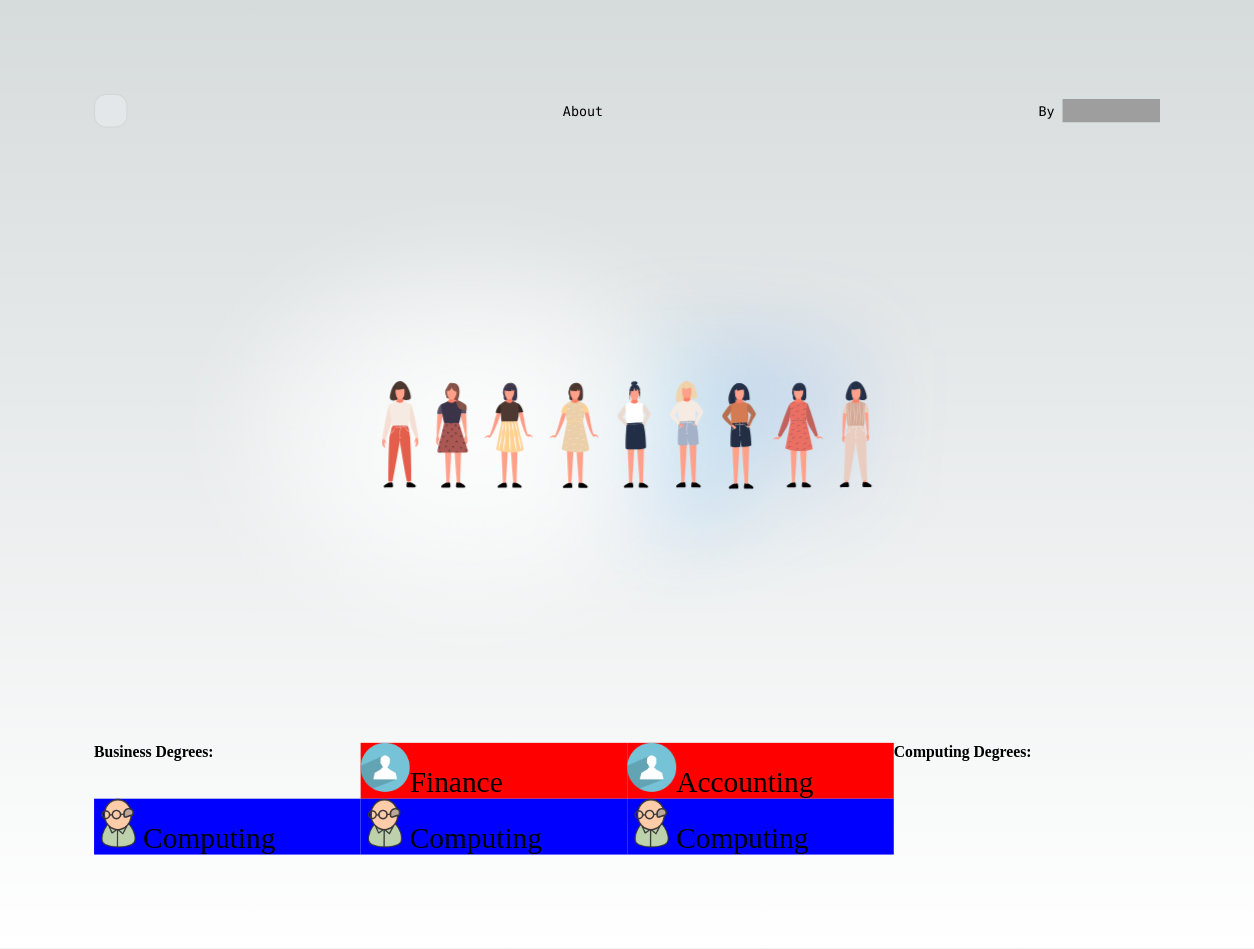
Repository: bguemos/week3example
Page: /
These files come from the project's save history. The page is drawn as it stood at one moment and after the next save; the edit follows.
The browser window is 1280 px wide. The pictures show the whole page, at 98% of full size.
Pictures or frames that could not be fetched are drawn as grey boxes. The project was rebuilt for these pictures with package versions that can differ from the ones it lists, and the page was loaded fresh each time. The framework's server and built-in components were replaced by stand-ins that run in the browser. Also part of the build but not shown: next.config.js.

Above is the page before, as saved 2023-01-18 12:11:41.

### pages/index.js
import Head from 'next/head'
import Image from 'next/image'
import { Inter } from '@next/font/google'
import styles from '@/styles/Home.module.css'
import data from '../data/education.json'
import { useState } from 'react'
import Card from '../components/Card'
import Link from 'next/link'

const inter = Inter({ subsets: ['latin'] })

export default function Home() {
    const [information, setInformation] = useState([...data])
     console.log(data);
  return (
    <>
      <Head>
        <title>The Office</title>
        <meta name="description" content="Generated by create next app" />
        <meta name="viewport" content="width=device-width, initial-scale=1" />
        <link rel="icon" href="/favicon.ico" />
      </Head>
      <main className={styles.main}>
        <div className={styles.description}>
          <p>

            <code className={styles.code}></code>
          </p>
          <Link href="About">About</Link>
          <div>
            <a
              href="https://vercel.com?utm_source=create-next-app&utm_medium=default-template&utm_campaign=create-next-app"
              target="_blank"
              rel="noopener noreferrer"
            >
              By{' '}
              <Image
                src="/vercel.svg"
                alt="Vercel Logo"
                className={styles.vercelLogo}
                width={100}
                height={24}
                priority
              />
            </a>
          </div>
        </div>

        <div className={styles.center}>
          <Image
            className={styles.logo}
            src="/women.svg"
            alt="womanLogo"
            width={500}
            height={500}
            priority
          />

        </div>

        <div className={styles.grid}>
          <b> Business Degrees: </b>
          {information && information.map((info, index) => {
            if(info.department === "Business"){
              return(
                <Card key={index} degree={info.degree} colour="red" font="30px"/>
              )
            }
           })}
           <b> Computing Degrees:</b>
           {information && information.map((info, index) => {
            if(info.department === "Computing"){
              return(
              <Card key={index} degree={info.department} colour="blue" font="30px"/>
              )
            }
            })}
        </div>
      </main>
    </>
  )
}

### styles/Home.module.css
.main {
  display: flex;
  flex-direction: column;
  justify-content: space-between;
  align-items: center;
  padding: 6rem;
  min-height: 100vh;
}

.description {
  display: inherit;
  justify-content: inherit;
  align-items: inherit;
  font-size: 0.85rem;
  max-width: var(--max-width);
  width: 100%;
  z-index: 2;
  font-family: var(--font-mono);
}

.description a {
  display: flex;
  justify-content: center;
  align-items: center;
  gap: 0.5rem;
}

.description p {
  position: relative;
  margin: 0;
  padding: 1rem;
  background-color: rgba(var(--callout-rgb), 0.5);
  border: 1px solid rgba(var(--callout-border-rgb), 0.3);
  border-radius: var(--border-radius);
}

.code {
  font-weight: 700;
  font-family: var(--font-mono);
}

.grid {
  display: grid;
  grid-template-columns: repeat(4, minmax(25%, auto));
  width: var(--max-width);
  max-width: 100%;
}

.card {
  padding: 1rem 1.2rem;
  border-radius: var(--border-radius);
  background: rgba(var(--card-rgb), 0);
  border: 1px solid rgba(var(--card-border-rgb), 0);
  transition: background 200ms, border 200ms;
}

.card span {
  display: inline-block;
  transition: transform 200ms;
}

.card h2 {
  font-weight: 600;
  margin-bottom: 0.7rem;
}

.card p {
  margin: 0;
  opacity: 0.6;
  font-size: 0.9rem;
  line-height: 1.5;
  max-width: 30ch;
}

.center {
  display: flex;
  justify-content: center;
  align-items: center;
  position: relative;
  padding: 4rem 0;
}

.center::before {
  background: var(--secondary-glow);
  border-radius: 50%;
  width: 480px;
  height: 360px;
  margin-left: -400px;
}

.center::after {
  background: var(--primary-glow);
  width: 240px;
  height: 180px;
  z-index: -1;
}

.center::before,
.center::after {
  content: '';
  left: 50%;
  position: absolute;
  filter: blur(45px);
  transform: translateZ(0);
}

.logo,
.thirteen {
  position: relative;

}

.thirteen {
  display: flex;
  justify-content: center;
  align-items: center;
  width: 100px;
  height: 100px;
  padding: 25px 10px;
  margin-left: 16px;
  transform: translateZ(0);
  border-radius: var(--border-radius);
  overflow: hidden;
  box-shadow: 0px 2px 8px -1px #0000001a;
}

.thirteen::before,
.thirteen::after {
  content: '';
  position: absolute;
  z-index: -1;
}

/* Conic Gradient Animation */
.thirteen::before {
  animation: 6s rotate linear infinite;
  width: 200%;
  height: 200%;
  background: var(--tile-border);
}

/* Inner Square */
.thirteen::after {
  inset: 0;
  padding: 1px;
  border-radius: var(--border-radius);
  background: linear-gradient(
    to bottom right,
    rgba(var(--tile-start-rgb), 1),
    rgba(var(--tile-end-rgb), 1)
  );
  background-clip: content-box;
}

/* Enable hover only on non-touch devices */
@media (hover: hover) and (pointer: fine) {
  .card:hover {
    background: rgba(var(--card-rgb), 0.1);
    border: 1px solid rgba(var(--card-border-rgb), 0.15);
  }

  .card:hover span {
    transform: translateX(4px);
  }
}

@media (prefers-reduced-motion) {
  .thirteen::before {
    animation: none;
  }

  .card:hover span {
    transform: none;
  }
}

/* Mobile */
@media (max-width: 700px) {
  .content {
    padding: 4rem;
  }

  .grid {
    grid-template-columns: 1fr;
    margin-bottom: 120px;
    max-width: 320px;
    text-align: center;
  }

  .card {
    padding: 1rem 2.5rem;
  }

  .card h2 {
    margin-bottom: 0.5rem;
  }

  .center {
    padding: 8rem 0 6rem;
  }

  .center::before {
    transform: none;
    height: 300px;
  }

  .description {
    font-size: 0.8rem;
  }

  .description a {
    padding: 1rem;
  }

  .description p,
  .description div {
    display: flex;
    justify-content: center;
    position: fixed;
    width: 100%;
  }

  .description p {
    align-items: center;
    inset: 0 0 auto;
    padding: 2rem 1rem 1.4rem;
    border-radius: 0;
    border: none;
    border-bottom: 1px solid rgba(var(--callout-border-rgb), 0.25);
    background: linear-gradient(
      to bottom,
      rgba(var(--background-start-rgb), 1),
      rgba(var(--callout-rgb), 0.5)
    );
    background-clip: padding-box;
    backdrop-filter: blur(24px);
  }

  .description div {
    align-items: flex-end;
    pointer-events: none;
    inset: auto 0 0;
    padding: 2rem;
    height: 200px;
    background: linear-gradient(
      to bottom,
      transparent 0%,
      rgb(var(--background-end-rgb)) 40%
    );
    z-index: 1;
  }
}

/* Tablet and Smaller Desktop */
@media (min-width: 701px) and (max-width: 1120px) {
  .grid {
    grid-template-columns: repeat(2, 50%);
  }
}

@media (prefers-color-scheme: dark) {
  .vercelLogo {
    filter: invert(1);
  }

  .logo,
  .thirteen img {
    filter: invert(1) drop-shadow(0 0 0.3rem #ffffff70);
  }
}

@keyframes rotate {
  from {
    transform: rotate(360deg);
  }
  to {
    transform: rotate(0deg);
  }
}

### data/education.json
[
        {
            "studentNumber": "A0004567",
            "firstName": "Person 1",
            "gpa": 3.8,
            "department": "Business",
            "degree": "Finance",
            "graduted": 2014
        },
        {
            "studentNumber": "A0001234",
            "firstName": "Person 2",
            "gpa": 3.5,
            "department": "Business",
            "degree": "Accounting",
            "graduted": 2010
        },
        {
            "studentNumber": "A0007890",
            "firstName": "Person 3",
            "gpa": 3.2,
            "department": "Computing",
            "degree": "Applied Software Development Certificate",
            "graduted": 2018
        },
        {
            "studentNumber": "A0007828",
            "firstName": "Person 4",
            "gpa": 3.9,
            "department": "Computing",
            "degree": "Computer Systems Diploma",
            "graduted": 2021
        },
        {
            "studentNumber": "A0003425",
            "firstName": "Person 5",
            "gpa": 3.2,
            "department": "Computing",
            "degree": "Applied Computer Information Systems Certificate",
            "graduted": 2021
        }
]

### components/Card/index.js
export default function Card({
    degree= "none",
    colour= "purple",
    font = "0",
    image = "icon/personTwo.png"
}) {
    return(
        <div style={{backgroundColor: colour, fontSize:font}}>
         {
            colour === "red" ? <img src={'icon/person.png'} width="50"/> :
            colour === "blue" ? <img src={'icon/personThree.png'} width="50"/>:
                                <img src={image} width="50" />
         }
         {degree}
        </div>
    )
}

Loaded but not shown: pages/_app.js (common file); pages/_document.js (common file); styles/globals.css (common file)

After the next save:
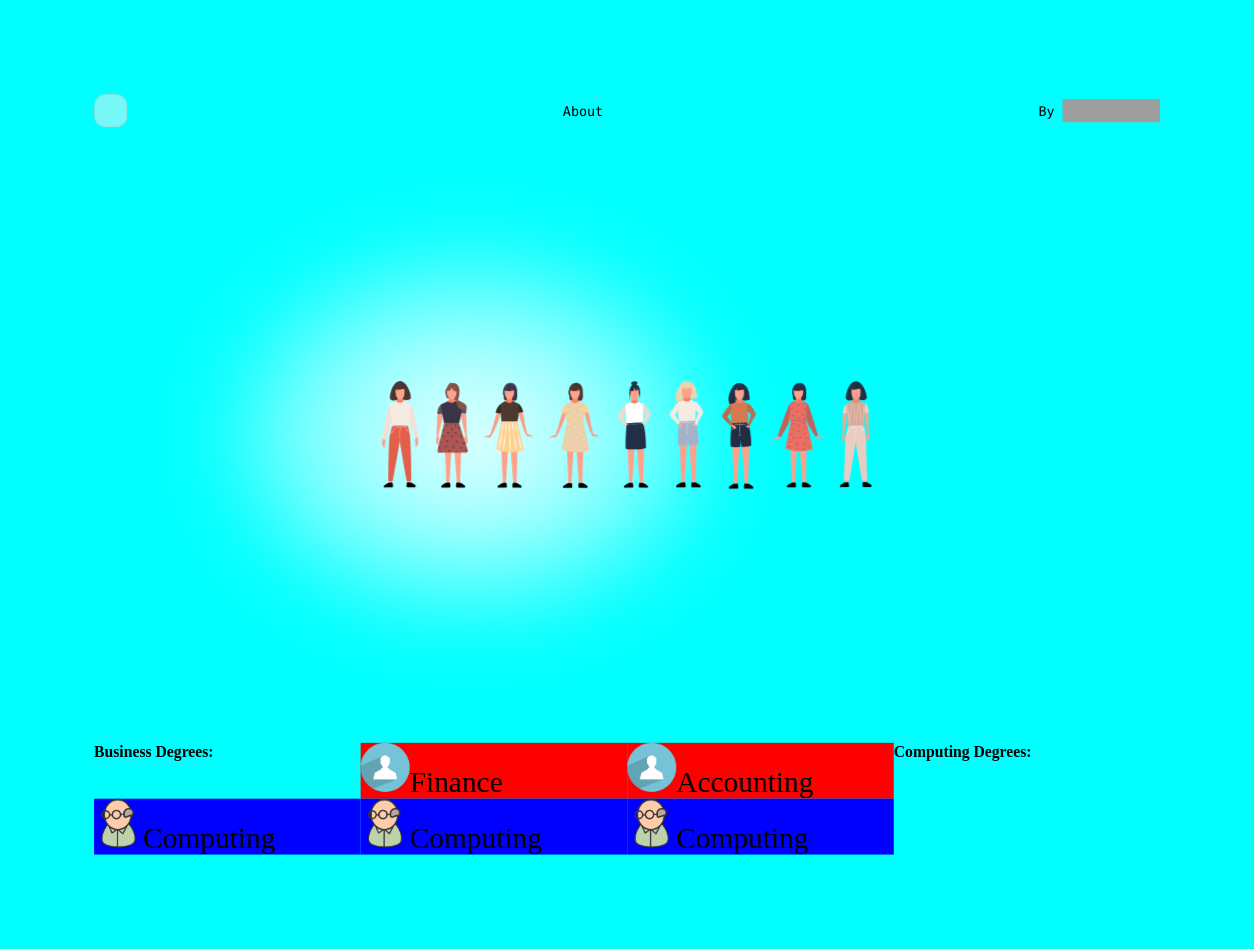
Saved 51 s later.
--- a/styles/Home.module.css
+++ b/styles/Home.module.css
@@ -5,6 +5,7 @@
   align-items: center;
   padding: 6rem;
   min-height: 100vh;
+  background-color: aqua;
 }
 
 .description {
@@ -110,19 +111,6 @@
 
 }
 
-.thirteen {
-  display: flex;
-  justify-content: center;
-  align-items: center;
-  width: 100px;
-  height: 100px;
-  padding: 25px 10px;
-  margin-left: 16px;
-  transform: translateZ(0);
-  border-radius: var(--border-radius);
-  overflow: hidden;
-  box-shadow: 0px 2px 8px -1px #0000001a;
-}
 
 .thirteen::before,
 .thirteen::after {
